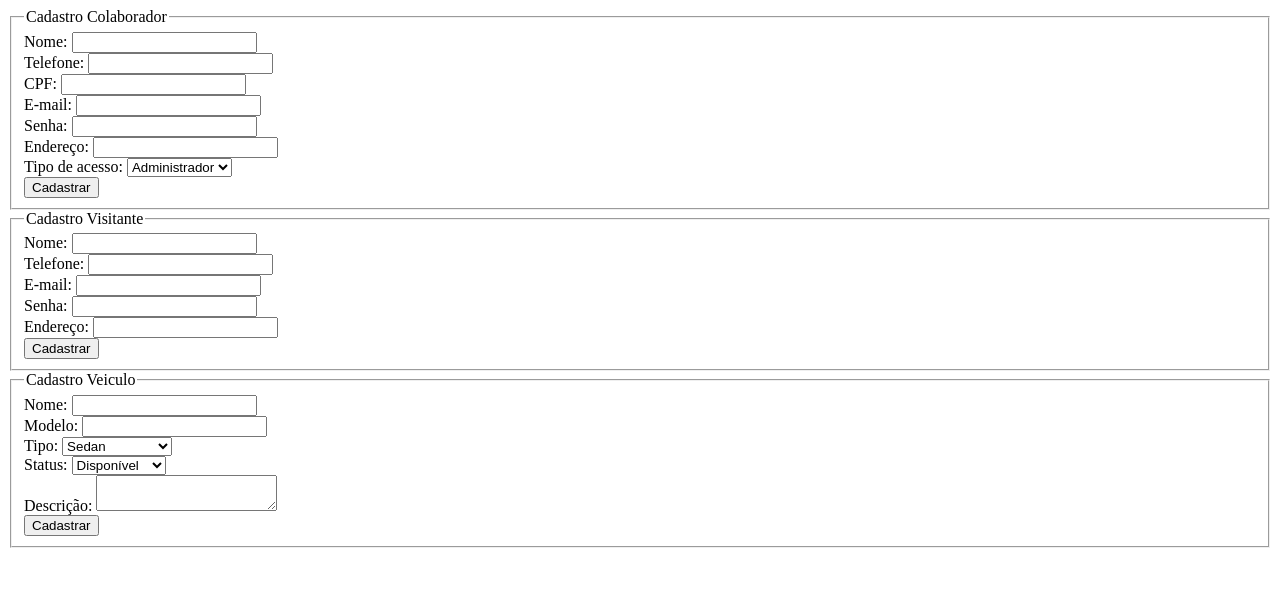
Repository: tdex/cmproject
Page: http://localhost/cmproject/
The author's editor kept a copy of each file at every save. The page is drawn from the files as they stood at one save, then again after the next save.
The browser window is 1280 px wide. The pictures show the whole page.
The page is served by Tomcat 9. Other server files are loaded and not shown.

Above is the page before, as saved 2015-06-16 16:54:31.

### codigo/cmproject/cmproject/WebContent/index.jsp
<%@ page language="java" contentType="text/html; charset=UTF-8"
	pageEncoding="UTF-8"%>
<!DOCTYPE html>
<html>
<head>
<meta charset=UTF-8>
<title>Insert title here</title>
</head>
<body>
	<form action="validaColaborador.jsp" method="get">
		<fieldset>
			<legend>Cadastro Colaborador</legend>
			<label>Nome: <input type="text" name="nome" required></label><br>
			<label>Telefone: <input type="text" name="telefone"></label><br>
			<label>CPF: <input type="text" name="cpf"></label><br>
			<label>E-mail: <input type="email" name="email" required></label><br>
			<label>Senha: <input type="password" name="senha" required></label><br>
			<label>Endereço: <input type="text" name="endereco"></label><br>
			<label>Tipo de acesso:
				<select name="tipoAcesso" required>
					<option>Administrador</option>
					<option>Colaborador</option>
				</select>
			</label><br>
			<input type="submit" value="Cadastrar">
		</fieldset>
	</form>

	<form action="validaVisitante.jsp" method="get">
		<fieldset>
			<legend>Cadastro Visitante</legend>
			<label>Nome: <input type="text" name="nome" required></label><br>
			<label>Telefone: <input type="text" name="telefone"></label><br>
			<label>E-mail: <input type="email" name="email"></label><br>
			<label>Senha: <input type="password" name="senha"></label><br>
			<label>Endereço: <input type="text" name="endereco"></label><br>
			<input type="submit" value="Cadastrar">
		</fieldset>
	</form>

	<form action="validaVeiculo.jsp" method="get">
		<fieldset>
			<legend>Cadastro Veiculo</legend>
			<label>Nome: <input type="text" required name="nome"></label><br>
			<label>Modelo: <input type="text" required name="modelo"></label><br>
			<label>Tipo:
				<select name="tipo">
					<optgroup label="Carro">
						<option>Sedan</option>
						<option>Hatch</option>
						<option>SUV</option>
					</optgroup>
					<optgroup label="Motos">
						<option>Esportivas</option>
						<option>Econômicas</option>
					</optgroup>
				</select>
			</label><br>
			<label>Status:
				<select name="status">
					<option value="1">Disponível</option>
					<option value="0">Indisponível</option>
				</select>
			</label><br>
			<label>Descrição: <textarea name="descricao"></textarea></label><br>
			<input type="submit" value="Cadastrar">
		</fieldset>
	</form>
</body>
</html>

After the next save:
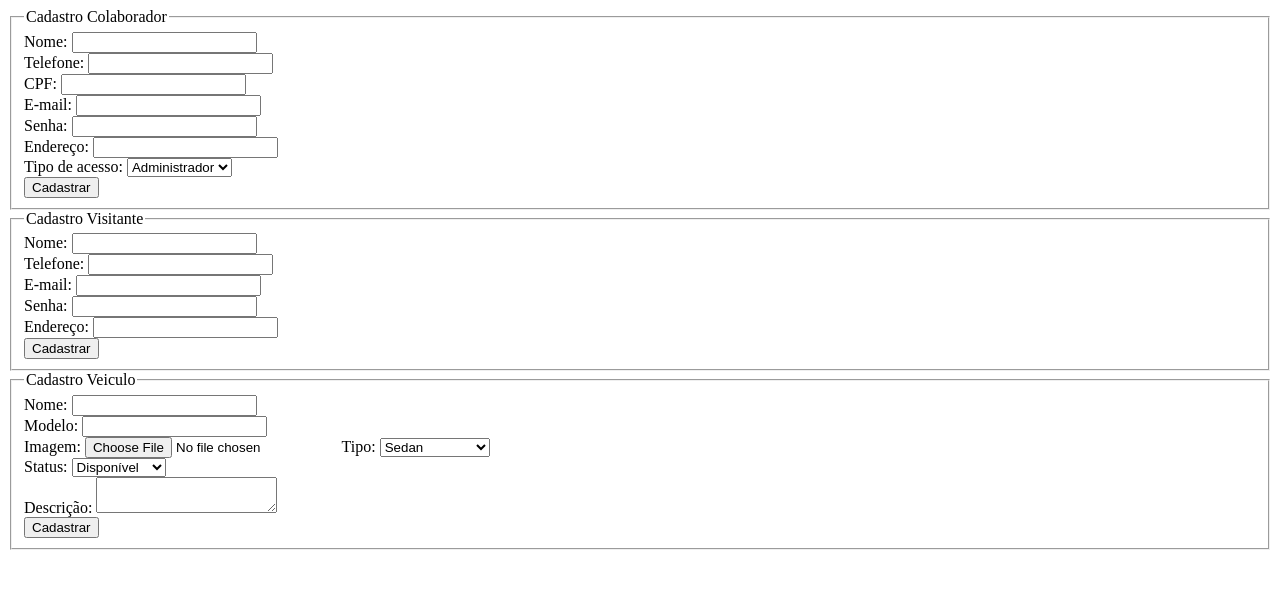
Saved 2 min 55 s later.
--- a/codigo/cmproject/cmproject/WebContent/index.jsp
+++ b/codigo/cmproject/cmproject/WebContent/index.jsp
@@ -43,6 +43,7 @@
 			<legend>Cadastro Veiculo</legend>
 			<label>Nome: <input type="text" required name="nome"></label><br>
 			<label>Modelo: <input type="text" required name="modelo"></label><br>
+			<label>Imagem: <input type="file"></label>
 			<label>Tipo:
 				<select name="tipo">
 					<optgroup label="Carro">
